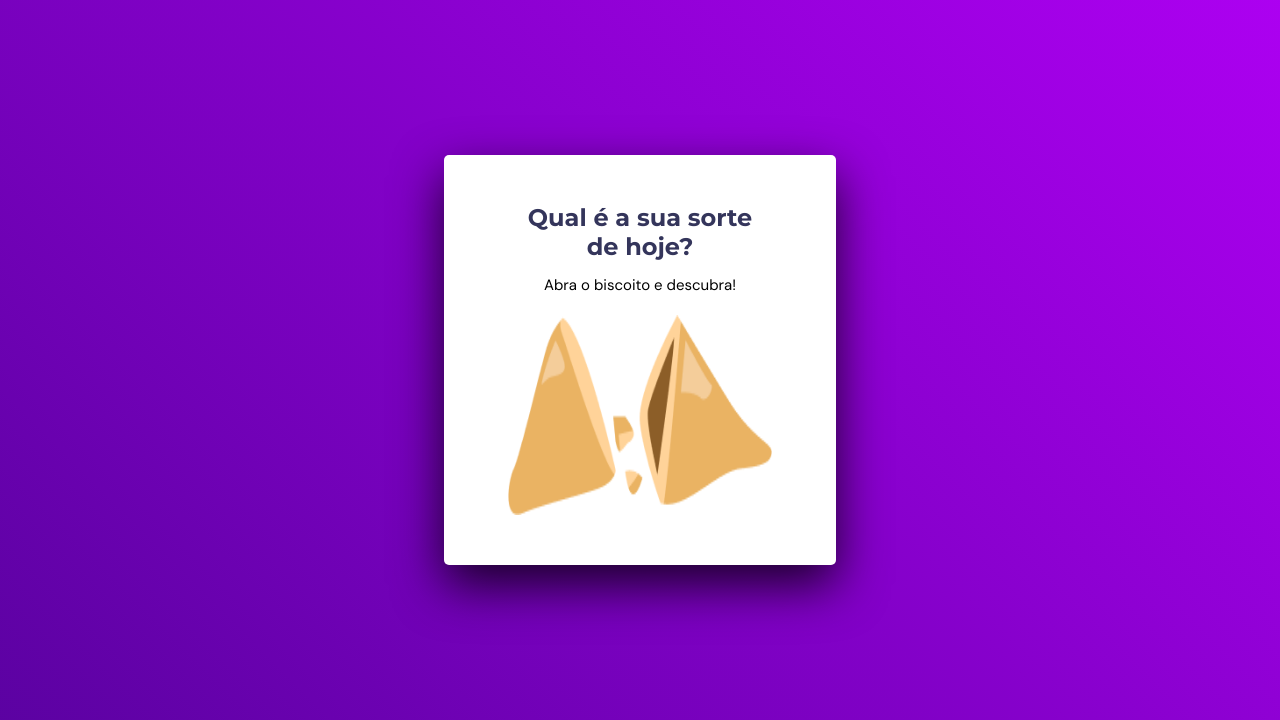
Repository: caueenrico/cookieCoach
Page: index.html
An editor plug-in stored every save of this project. The page is shown before and after a run of saves, followed by the edit.
The browser window is 1280 px wide. The pictures show the whole page.

Above is the page before, as saved 2023-06-27 16:39:49.

After the next 2 saves:
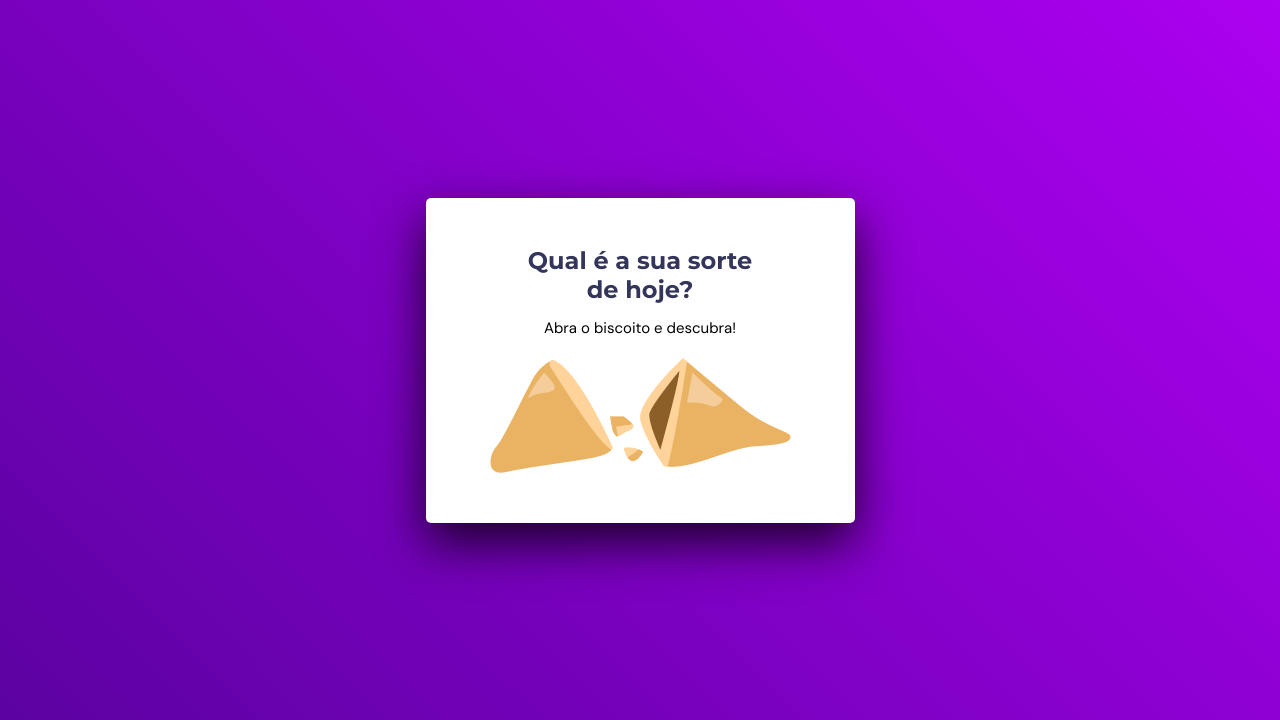
The 2 saves are shown as one change because they came seconds apart.
The last was saved 34 s later.
--- a/style.css
+++ b/style.css
@@ -72,8 +72,7 @@ main p {
 }
 
 main img {
-  width: 264.286px;
-  height: 200px;
+  width: 100%;
   flex-shrink: 0;
 }
 
